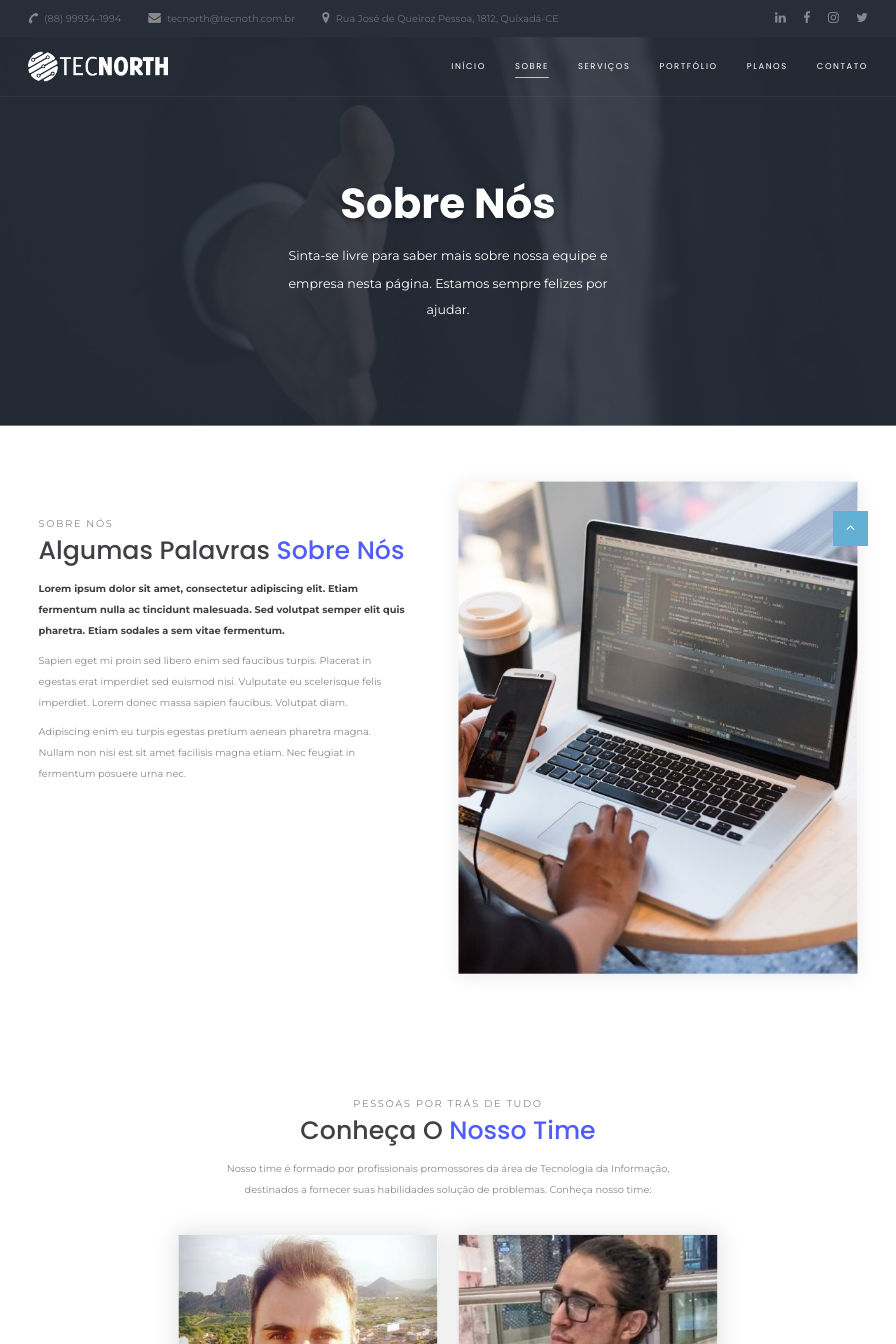
Repository: roberlancarvalho/tecnorth.com.br
Page: sobre.html
The author's editor kept a copy of each file at every save. The page is drawn from the files as they stood at one save, then again after the next save.
The browser window is 1280 px wide. The pictures show the part of the page from y = 0 to 1920 px (the page is 3572 px tall), at 70% of full size.

Above is the page before, as saved 2020-06-02 01:06:15.

### sobre.html
<!DOCTYPE html>
<html class="wide wow-animation" lang="en">

<head>
  <title>Tec North | Sobre Nós</title>
  <meta charset="utf-8">
  <meta name="viewport" content="width=device-width, height=device-height, initial-scale=1.0">
  <meta http-equiv="X-UA-Compatible" content="IE=edge">
  <link rel="icon" href="images/favicon.ico" type="image/x-icon">
  <link rel="stylesheet" type="text/css"
    href="//fonts.googleapis.com/css?family=Montserrat:300,400,700%7CPoppins:300,400,500,700,900">
  <link rel="stylesheet" href="css/bootstrap.css">
  <link rel="stylesheet" href="css/fonts.css">
  <link rel="stylesheet" href="css/style.css">
  <style>
    .ie-panel {
      display: none;
      background: #212121;
      padding: 10px 0;
      box-shadow: 3px 3px 5px 0 rgba(0, 0, 0, .3);
      clear: both;
      text-align: center;
      position: relative;
      z-index: 1;
    }

    html.ie-10 .ie-panel,
    html.lt-ie-10 .ie-panel {
      display: block;
    }
  </style>
</head>

<body>
  <div class="ie-panel"><a href="http://windows.microsoft.com/en-US/internet-explorer/"><img
        src="images/ie8-panel/warning_bar_0000_us.jpg" height="42" width="820"
        alt="You are using an outdated browser. For a faster, safer browsing experience, upgrade for free today."></a>
  </div>
  <div class="preloader">
    <div class="preloader-body">
      <div class="cssload-container">
        <div class="cssload-speeding-wheel"></div>
      </div>
      <p>Carregando...</p>
    </div>
  </div>
  <div class="page">

    <header class="section page-header">
      <!--RD Navbar-->
      <div class="rd-navbar-wrap">
        <nav class="rd-navbar rd-navbar-classic" data-layout="rd-navbar-fixed" data-sm-layout="rd-navbar-fixed"
          data-md-layout="rd-navbar-fixed" data-md-device-layout="rd-navbar-fixed" data-lg-layout="rd-navbar-static"
          data-lg-device-layout="rd-navbar-static" data-xl-layout="rd-navbar-static"
          data-xl-device-layout="rd-navbar-static" data-lg-stick-up-offset="46px" data-xl-stick-up-offset="46px"
          data-xxl-stick-up-offset="46px" data-lg-stick-up="true" data-xl-stick-up="true" data-xxl-stick-up="true">
          <div class="rd-navbar-collapse-toggle rd-navbar-fixed-element-1" data-rd-navbar-toggle=".rd-navbar-collapse">
            <span></span></div>
          <div class="rd-navbar-aside-outer rd-navbar-collapse bg-gray-dark">
            <div class="rd-navbar-aside">
              <ul class="list-inline navbar-contact-list">
                <li>
                  <div class="unit unit-spacing-xs align-items-center">
                    <div class="unit-left"><span class="icon text-middle fa-phone"></span></div>
                    <div class="unit-body"><a href="tel:#">(88) 99934-1994</a></div>
                  </div>
                </li>
                <li>
                  <div class="unit unit-spacing-xs align-items-center">
                    <div class="unit-left"><span class="icon text-middle fa-envelope"></span></div>
                    <div class="unit-body"><a href="mailto:#">tecnorth@tecnoth.com.br</a></div>
                  </div>
                </li>
                <li>
                  <div class="unit unit-spacing-xs align-items-center">
                    <div class="unit-left"><span class="icon text-middle fa-map-marker"></span></div>
                    <div class="unit-body"><a href="#">Rua José de Queiroz Pessoa, 1812, Quixadá-CE</a></div>
                  </div>
                </li>
              </ul>
              <ul class="social-links">
                <li><a class="icon icon-sm icon-circle icon-circle-md icon-bg-white fa-linkedin"
                    href="https://www.linkedin.com/company/tec-north-desenvolvimento/" target="_blank"></a></li>
                <li><a class="icon icon-sm icon-circle icon-circle-md icon-bg-white fa-facebook"
                    href="https://www.facebook.com/TecNorth/" target="_blank"></a></li>
                <li><a class="icon icon-sm icon-circle icon-circle-md icon-bg-white fa-instagram"
                    href="https://www.instagram.com/tecnorth/" target="_blank"></a></li>
                <li><a class="icon icon-sm icon-circle icon-circle-md icon-bg-white fa-twitter" href="#"
                    target="_blank"></a></li>
              </ul>
            </div>
          </div>
          <div class="rd-navbar-main-outer">
            <div class="rd-navbar-main">
              <!--RD Navbar Panel-->
              <div class="rd-navbar-panel">
                <!--RD Navbar Toggle-->
                <button class="rd-navbar-toggle" data-rd-navbar-toggle=".rd-navbar-nav-wrap"><span></span></button>
                <!--RD Navbar Brand-->
                <div class="rd-navbar-brand">
                  <!--Brand--><a class="brand" href="index.html"><img class="brand-logo-dark"
                      src="images/logo-default-200x34.png" alt="" height="17" /><img class="brand-logo-light"
                      src="images/logo-inverse-200x34.png" alt="" width="100" height="17" /></a>
                </div>
              </div>
              <div class="rd-navbar-main-element">
                <div class="rd-navbar-nav-wrap">
                  <ul class="rd-navbar-nav">
                    <li class="rd-nav-item"><a class="rd-nav-link" href="index.html">Início</a>
                    </li>
                    <li class="rd-nav-item active"><a class="rd-nav-link" href="sobre.html">Sobre</a>
                    </li>
                    <!-- <li class="rd-nav-item"><a class="rd-nav-link" href="typography.html">Typography</a>
                    </li> -->
                    <li class="rd-nav-item"><a class="rd-nav-link" href="contato.html">Serviços</a>
                    </li>
                    <li class="rd-nav-item"><a class="rd-nav-link" href="contato.html">Portfólio</a>
                    </li>
                    <li class="rd-nav-item"><a class="rd-nav-link" href="contato.html">Planos</a>
                    </li>
                    <li class="rd-nav-item"><a class="rd-nav-link" href="contato.html">Contato</a>
                    </li>
                  </ul>
                </div>
              </div>
            </div>
          </div>
        </nav>
      </div>
    </header>


    <section class="section section-intro context-dark">
      <div class="intro-bg"
        style="background: url(images/intro-bg-1.jpg) no-repeat;background-size:cover;background-position: top center;">
      </div>
      <div class="container">
        <div class="row justify-content-center">
          <div class="col-xl-8 text-center">
            <h1 class="font-weight-bold wow fadeInLeft">Sobre Nós</h1>
            <p class="intro-description wow fadeInRight">Sinta-se livre para saber mais sobre nossa equipe e empresa
              nesta página. Estamos sempre felizes por ajudar.</p>
          </div>
        </div>
      </div>
    </section>
    <!-- About page about section-->
    <section class="section section-md">
      <div class="container">
        <div class="row row-40 justify-content-center">
          <div class="col-lg-6 col-12">
            <div class="offset-top-45 offset-lg-right-45">
              <div class="section-name wow fadeInRight" data-wow-delay=".2s">Sobre Nós</div>
              <h3 class="wow fadeInLeft text-capitalize" data-wow-delay=".3s">Algumas palavras<span
                  class="text-primary"> sobre nós</span></h3>
              <p class="font-weight-bold text-gray-dark wow fadeInUp" data-wow-delay=".4s">Lorem ipsum dolor sit amet,
                consectetur adipiscing elit. Etiam fermentum nulla ac tincidunt malesuada. Sed volutpat semper elit quis
                pharetra. Etiam sodales a sem vitae fermentum.</p>
              <p class="wow fadeInUp" data-wow-delay=".4s">Sapien eget mi proin sed libero enim sed faucibus turpis.
                Placerat in egestas erat imperdiet sed euismod nisi. Vulputate eu scelerisque felis imperdiet. Lorem
                donec massa sapien faucibus. Volutpat diam.</p>
              <p class="wow fadeInUp" data-wow-delay=".4s">Adipiscing enim eu turpis egestas pretium aenean pharetra
                magna. Nullam non nisi est sit amet facilisis magna etiam. Nec feugiat in fermentum posuere urna nec.
              </p>

              <!-- <div class="offset-top-20">

                <article class="progress-linear">
                  <div class="progress-header progress-header-simple">
                    <p>Management</p><span class="progress-value">85</span>
                  </div>
                  <div class="progress-bar-linear-wrap">
                    <div class="progress-bar-linear"></div>
                  </div>
                </article>

                <article class="progress-linear">
                  <div class="progress-header progress-header-simple">
                    <p>Marketing</p><span class="progress-value">45</span>
                  </div>
                  <div class="progress-bar-linear-wrap">
                    <div class="progress-bar-linear"></div>
                  </div>
                </article>

                <article class="progress-linear">
                  <div class="progress-header progress-header-simple">
                    <p>Analysis</p><span class="progress-value">90</span>
                  </div>
                  <div class="progress-bar-linear-wrap">
                    <div class="progress-bar-linear"></div>
                  </div>
                </article>
              </div> -->

            </div>
          </div>
          <div class="col-lg-6 col-sm-10 col-12">
            <div class="block-decorate-img wow fadeInLeft" data-wow-delay=".2s"><img src="images/about-1-570x703.jpg"
                alt="" width="570" height="351" />
            </div>
          </div>
        </div>
      </div>
    </section>
    <!-- Our team-->
    <section class="section section-md">
      <div class="container">
        <div class="row row-50 justify-content-center">
          <div class="col-md col-12 text-center">
            <div class="section-name wow fadeInRight" data-wow-delay=".2s">PESSOAS POR TRÁS DE TUDO</div>
            <h3 class="wow fadeInLeft text-capitalize" data-wow-delay=".3s">Conheça o<span class="text-primary"> Nosso
                Time</span></h3>
            <p class="block-675">Nosso time é formado por profissionais promossores da área de Tecnologia da Informação,
              destinados a fornecer suas habilidades solução de problemas. Conheça nosso time:</p>
          </div>
        </div>
        <div class="row row-50 justify-content-center">
          <div class="col-xl-4 col-sm-6 col-10 wow fadeInLeft" data-wow-delay=".3s">
            <div class="team-classic-wrap">
              <div class="team-classic-img"><img src="images/team-classic-1-370x397.jpg" alt="" width="370"
                  height="198" />
              </div>
              <div class="block-320 text-center">
                <h4 class="font-weight-bold">Roberlan Carvalho</h4><span class="d-block">CEO, Desenvolvedor</span>
                <p>Desenvolvedor web há 2 anos. Cursa Sistemas de Informação na Unicatólica de Quixadá-Ce Fundou a Tec
                  North, para oferecer soluções em tecnologia.</p>
                <hr class="offset-top-40" />
                <ul class="justify-content-center social-links offset-top-30">
                  <li><a class="fa fa-linkedin" href="https://www.linkedin.com/in/roberlancarvalho/"
                      target="_blank"></a></li>
                  <li><a class="fa fa fa-github" href="https://github.com/roberlancarvalho" target="_blank"></a></li>
                  <li><a class="fa fa-facebook" href="https://www.facebook.com/RoberlanCarvalho/" target="_blank"></a>
                  </li>
                  <li><a class="fa fa-instagram" href="https://www.instagram.com/roberlancarvalho/" target="_blank"></a>
                  </li>
                </ul>
              </div>
            </div>
          </div>
          <div class="col-xl-4 col-sm-6 col-10 wow fadeInUp" data-wow-delay=".3s">
            <div class="team-classic-wrap">
              <div class="team-classic-img"><img src="images/team-classic-2-370x397.jpg" alt="" width="370"
                  height="198" />
              </div>
              <div class="block-320 text-center">
                <h4 class="font-weight-bold">Christian Castro</h4><span class="d-block">Desenvolvedor</span>
                <p>Ut morbi tincidunt augue interdum velit. Sed euismod nisi porta lorem nisl rhoncus mattis rhoncus
                  urna sed. Ut morbi tincidunt augue interdum velit</p>
                <hr class="offset-top-40" />
                <ul class="justify-content-center social-links offset-top-30">
                  <li><a class="fa fa-linkedin" href="https://www.linkedin.com/in/christian-castro-664b03189/"
                      target="_blank"></a></li>
                  <li><a class="fa fa fa-github" href="https://github.com/CCastro01" target="_blank"></a></li>
                  <li><a class="fa fa-facebook" href="https://www.facebook.com/profile.php?id=100036204404904"
                      target="_blank"></a></li>
                  <li><a class="fa fa-instagram" href="https://www.instagram.com/christian_castro_0/"
                      target="_blank"></a></li>
                </ul>
              </div>
            </div>
          </div>
          <!-- <div class="col-xl-4 col-sm-6 col-10 wow fadeInRight" data-wow-delay=".3s">
              <div class="team-classic-wrap">
                <div class="team-classic-img"><img src="images/team-classic-3-370x397.jpg" alt="" width="370" height="198"/>
                </div>
                <div class="block-320 text-center">
                  <h4 class="font-weight-bold">Robert Smith</h4><span class="d-block">Marketing Manager</span>
                  <p>Vitae aliquet nec ullamcorper sit amet risus nullam eget felis. Euismod lacinia at quis risus sed vulputate.</p>
                  <hr class="offset-top-40"/>
                  <ul class="justify-content-center social-links offset-top-30">
                    <li><a class="fa fa-linkedin" href="#"></a></li>
                    <li><a class="fa fa fa-twitter" href="#"></a></li>
                    <li><a class="fa fa-facebook" href="#"></a></li>
                    <li><a class="fa fa-instagram" href="#"></a></li>
                  </ul>
                </div>
              </div>
            </div> -->
        </div>
      </div>
    </section>
    <!--Brands-->

    <!-- <section class="section section-md bg-gray-lighten">
      <div class="container">
        <div class="row">

          <div class="owl-carousel text-center owl-brand" data-items="1" data-sm-items="2" data-md-items="3"
            data-lg-items="3" data-xl-items="5" data-xxl-items="5" data-dots="true" data-nav="false"
            data-stage-padding="15" data-loop="false" data-margin="30" data-mouse-drag="false" data-autoplay="true">
            <div class="item"><img src="images/brand-1-200x48.png" alt="" width="200" height="24" />
            </div>
            <div class="item"><img src="images/brand-2-200x48.png" alt="" width="200" height="24" />
            </div>
            <div class="item"><img src="images/brand-3-200x48.png" alt="" width="200" height="24" />
            </div>
            <div class="item"><img src="images/brand-4-200x48.png" alt="" width="200" height="24" />
            </div>
            <div class="item"><img src="images/brand-5-200x48.png" alt="" width="200" height="24" />
            </div>
          </div>
        </div>
        </div>
    </section> -->

    <!--Cta section-->
    <section class="section section-md"
      style="background:url(images/bg-image-4-1700x394.jpg) no-repeat; background-size: cover;">
      <div class="container">
        <div class="row justify-content-center">
          <div class="col-md-10 col-12 text-center"><span
              class="text-white d-block cta-big-text font-weight-medium">Ainda restam algumas perguntas?</span>
            <h2 class="text-white"><span class="d-block">Entre em contato conosco:<a class="underline-link"
                  href="tel:#">
                  (88) 9.9934-1994</a></span></h2>
            <p class="text-white">Não hesite em entrar em contato com nossa equipe para saber mais sobre os serviços
              prestados por nós
              multiple offers for Your business!</p><a
              class="button-circle button-default-outline button button-lg button-width-210"
              href="contacts.html">Contate-nos</a>
          </div>
        </div>
      </div>
    </section>


    <!--Footer-->
    <!-- <a class="section section-banner" href="https://www.tecnorth.com.br" target="_blank"
      style="background-image: url(images/background-01-1920x310.jpg); background-image: -webkit-image-set( url(images/background-01-1920x310.jpg) 1x, url(images/background-01-3840x620.jpg) 2x )"><img
        src="images/foreground-01-1600x310.png"
        srcset="images/foreground-01-1600x310.png 1x, images/foreground-01-3200x620.png 2x" alt="" width="1600"
        height="310"></a> -->
    <footer class="section footer-classic section-sm">
      <div class="container">
        <div class="row row-30">
          <div class="col-lg-3 wow fadeInLeft">
            <!--Brand--><a class="brand" href="index.html"><img class="brand-logo-dark"
                src="images/logo-default-200x34.png" alt="" width="100" height="17" /><img class="brand-logo-light"
                src="images/logo-default-200x34.png" alt="" width="100" height="17" /></a>
            <p class="footer-classic-description offset-top-0 offset-right-25">СonsultBiz provides a full range of
              business consulting & advisory services to small, medium, and international companies worldwide. We use
              innovations and experience to drive your success.</p>
          </div>
          <div class="col-lg-3 col-sm-8 wow fadeInUp">
            <P class="footer-classic-title">Informações de contato</P>
            <div class="d-block offset-top-0">Rua José de Queiroz Pessoa, 1812<span class="d-lg-block">Centro,
                Quixadá-CE</span></div>
            <a class="d-inline-block accent-link" href="mailto:#">tecnorth@tecnorth.com.br</a><a class="d-inline-block"
              href="tel:#">(88) 9.9934-1994</a>
            <ul>
              <li>Segunda à sexta:<span class="d-inline-block offset-left-10 text-white">9:00h - 17:00h</span></li>
            </ul>
          </div>
          <div class="col-lg-2 col-sm-4 wow fadeInUp" data-wow-delay=".3s">
            <P class="footer-classic-title">Links</P>
            <ul class="footer-classic-nav-list">
              <li><a href="index.html">Início</a></li>
              <li><a href="sobre.html">Sobre Nós</a></li>
              <li><a href="#">Serviços</a></li>
              <li><a href="#">Portfólio</a></li>
              <li><a href="#">Blogs</a></li>
              <li><a href="contato.html">Contato</a></li>
            </ul>
          </div>
          <div class="col-lg-4 wow fadeInLeft" data-wow-delay=".2s">
            <P class="footer-classic-title">newsletter</P>
            <form class="rd-mailform text-left footer-classic-subscribe-form" data-form-output="form-output-global"
              data-form-type="contact" method="post" action="bat/rd-mailform.php">
              <div class="form-wrap">
                <label class="form-label" for="subscribe-email">Seu endereço de e-mail</label>
                <input class="form-input" id="subscribe-email" type="email" name="email"
                  data-constraints="@Email @Required">
              </div>
              <div class="form-button group-sm text-center text-lg-left">
                <button class="button button-primary button-circle" type="submit">enviar</button>
              </div>
            </form>
            <p>Seja o primeiro a descobrir nossas últimas notícias, atualizações e ofertas especiais.</p>
          </div>
        </div>
      </div>
      <div class="container wow fadeInUp" data-wow-delay=".4s">
        <div class="footer-classic-aside">
          <p class="rights"><span>&copy;&nbsp;</span><span class="copyright-year"></span>. Todos os direitos reservados.
            Desenvolvido por <a href="https://www.tecnorth.com.br">Tec North</a></p>
          <ul class="social-links">
            <li><a class="fa fa-linkedin" href="https://www.linkedin.com/company/tec-north-desenvolvimento/"></a></li>
            <li><a class="fa fa-facebook" href="https://www.facebook.com/tecnorth/"></a></li>
            <li><a class="fa fa-instagram" href="https://www.instagram.com/tecnorth/"></a></li>
            <li><a class="fa fa fa-twitter" href="#"></a></li>
          </ul>
        </div>
      </div>
    </footer>
  </div>
  <div class="snackbars" id="form-output-global"></div>
  <script src="js/core.min.js"></script>
  <script src="js/script.js"></script>
  <!--coded by Drel-->
</body>

</html>

Loaded but not shown: css/bootstrap.css (library); css/fonts.css (library); js/core.min.js (library); js/script.js (1097 lines, source omitted); css/style.css (8788 lines, source omitted)

After the next save:
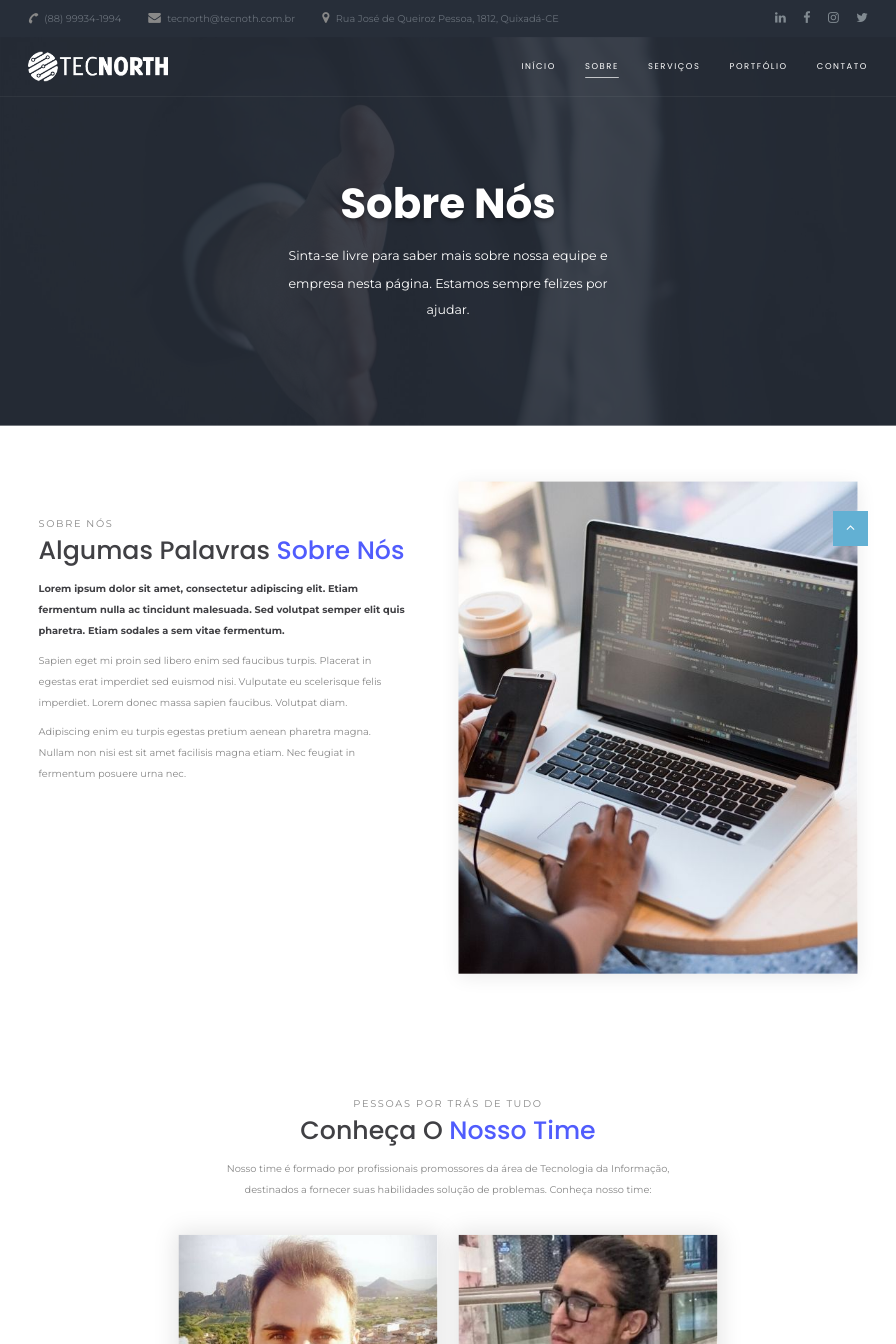
Saved 28 s later.
--- a/sobre.html
+++ b/sobre.html
@@ -116,8 +116,6 @@
                     </li>
                     <li class="rd-nav-item"><a class="rd-nav-link" href="contato.html">Portfólio</a>
                     </li>
-                    <li class="rd-nav-item"><a class="rd-nav-link" href="contato.html">Planos</a>
-                    </li>
                     <li class="rd-nav-item"><a class="rd-nav-link" href="contato.html">Contato</a>
                     </li>
                   </ul>
